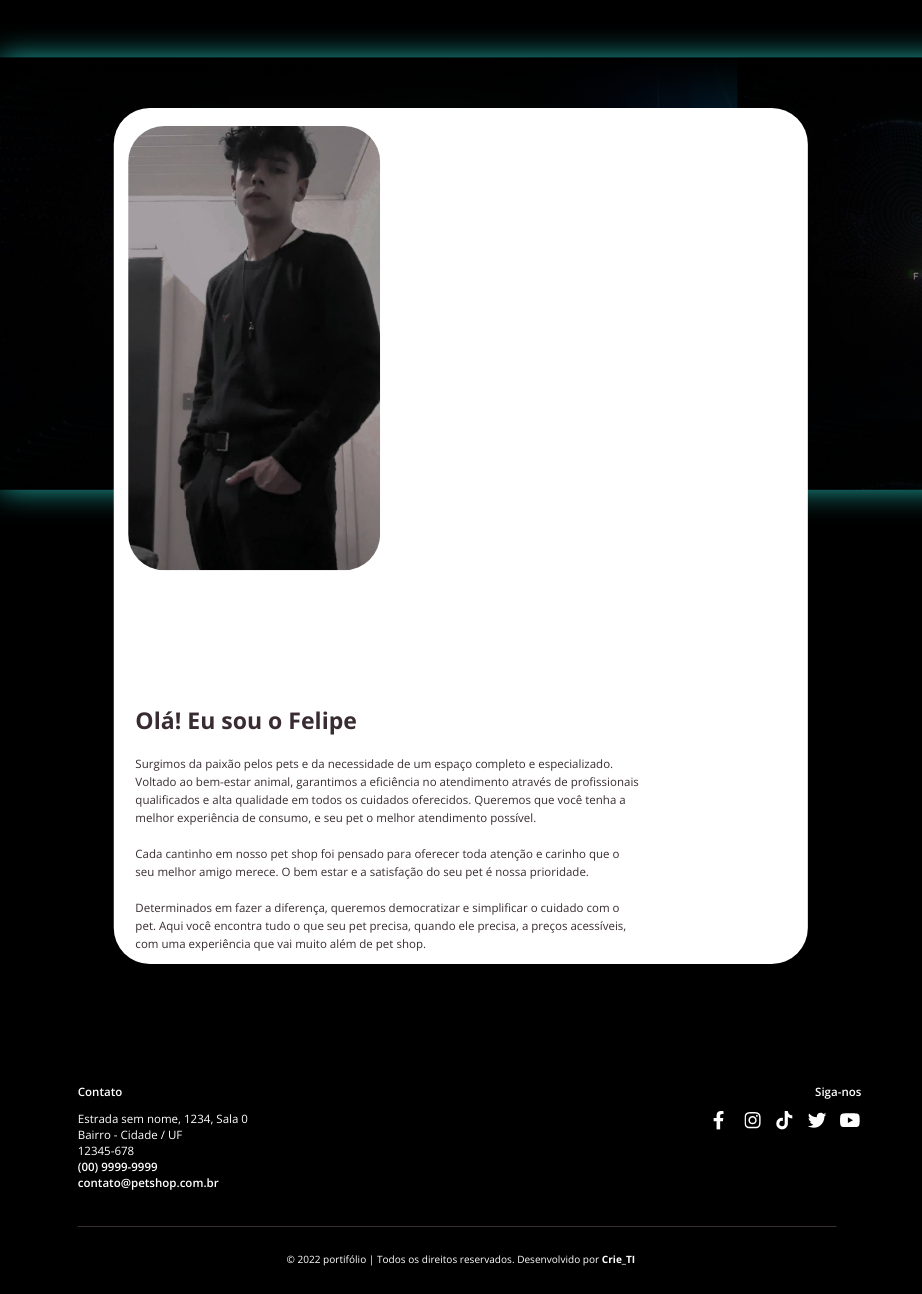
Repository: Fel1pit0/CRIE_TI
Page: Projetos/Portifólio/about.html
The author's editor kept a copy of each file at every save. The page is drawn from the files as they stood at one save, then again after the next save.
The browser window is 1280 px wide. The pictures show the whole page, at 72% of full size.

Above is the page before, as saved 2022-05-25 15:11:46.

After the next save:
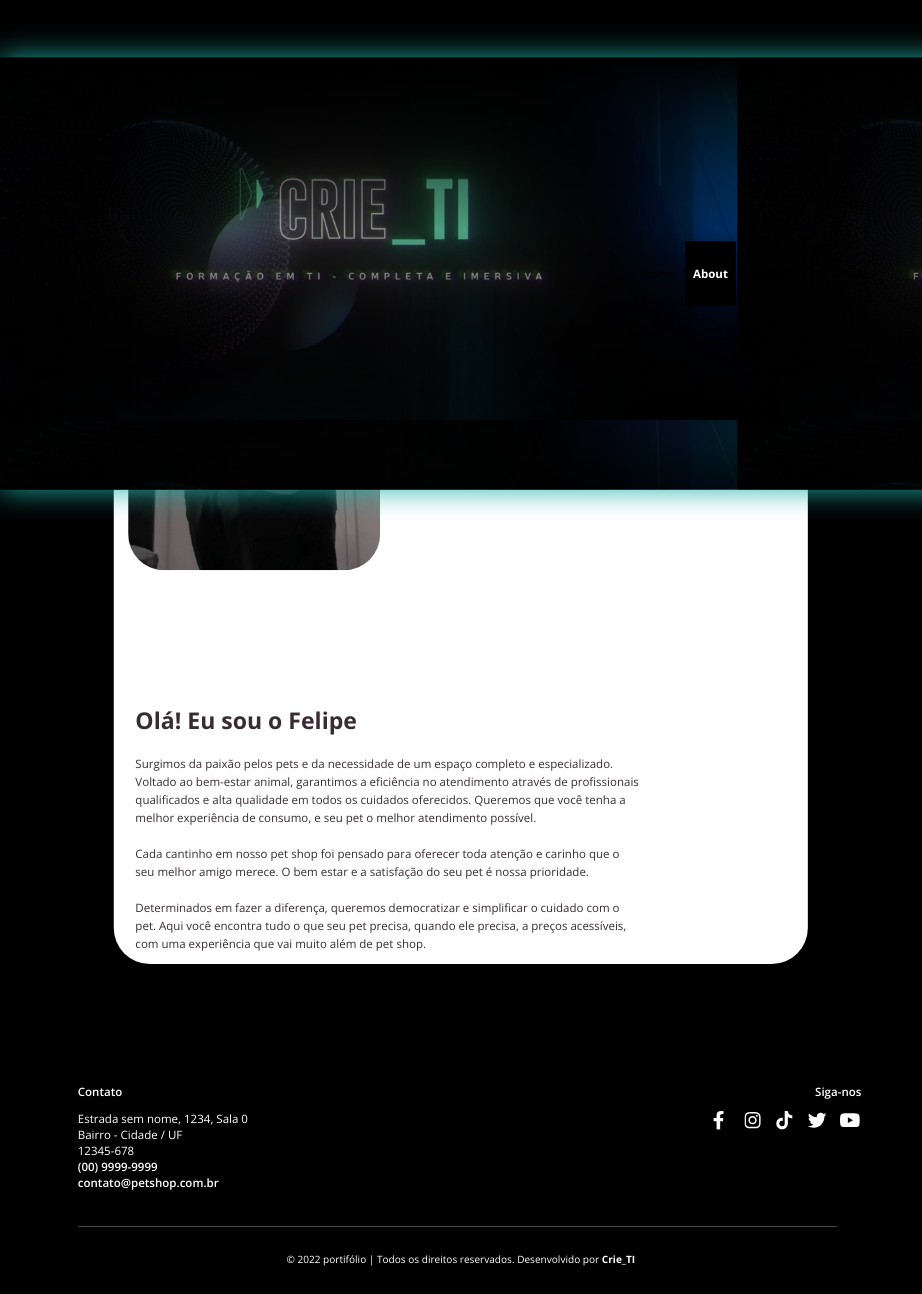
Saved 8 s later.
--- a/Projetos/Portifólio/styles.css
+++ b/Projetos/Portifólio/styles.css
@@ -26,7 +26,7 @@
     display: flex;
     justify-content: flex-start;
     align-items: center;
-    z-index: -10;
+    z-index: 0;
 }
 .home-page, .about-page{
   display: inline-block;

After the save that followed:
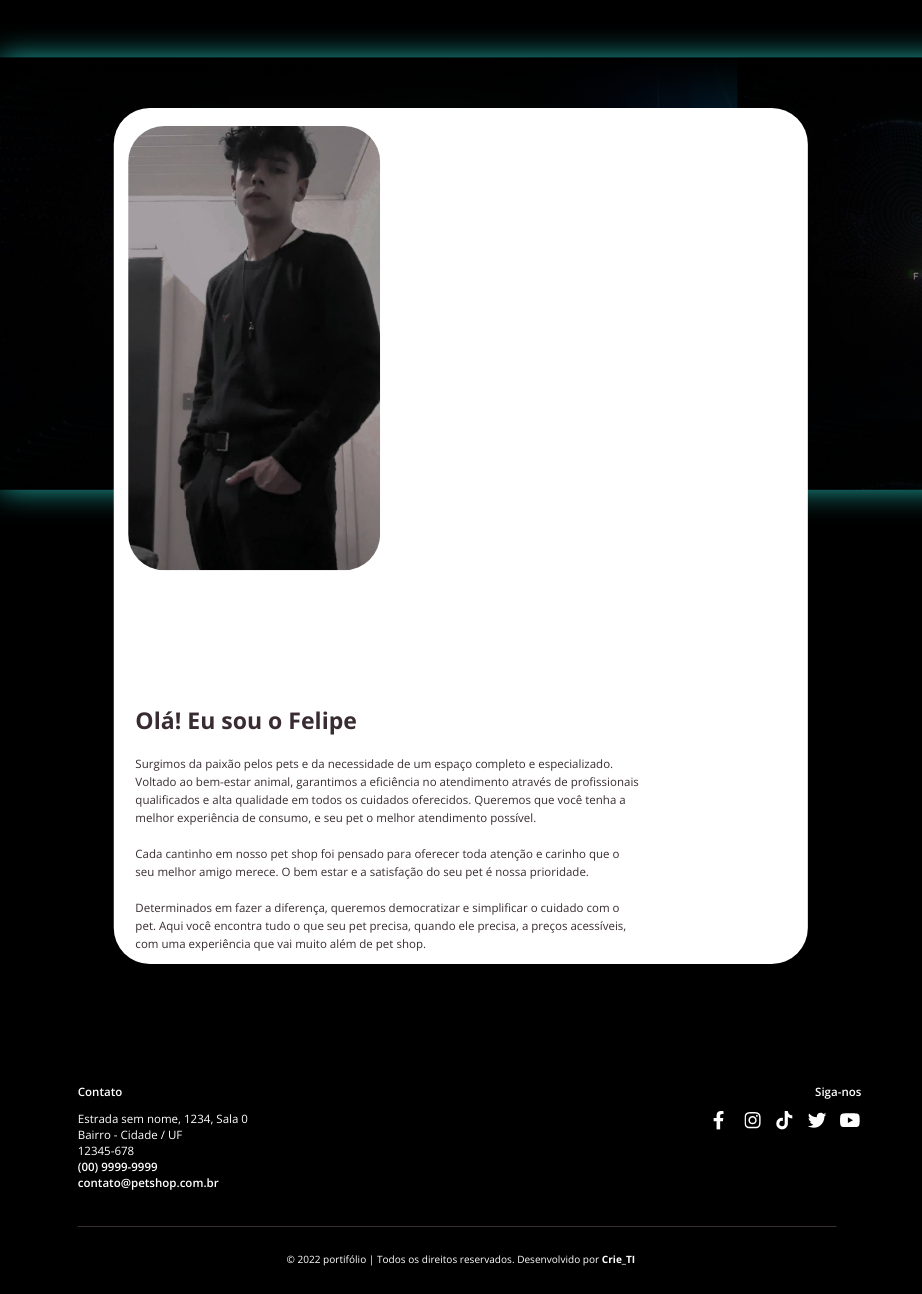
Saved 4 s later.
--- a/Projetos/Portifólio/styles.css
+++ b/Projetos/Portifólio/styles.css
@@ -26,7 +26,7 @@
     display: flex;
     justify-content: flex-start;
     align-items: center;
-    z-index: 0;
+    z-index: -1;
 }
 .home-page, .about-page{
   display: inline-block;
